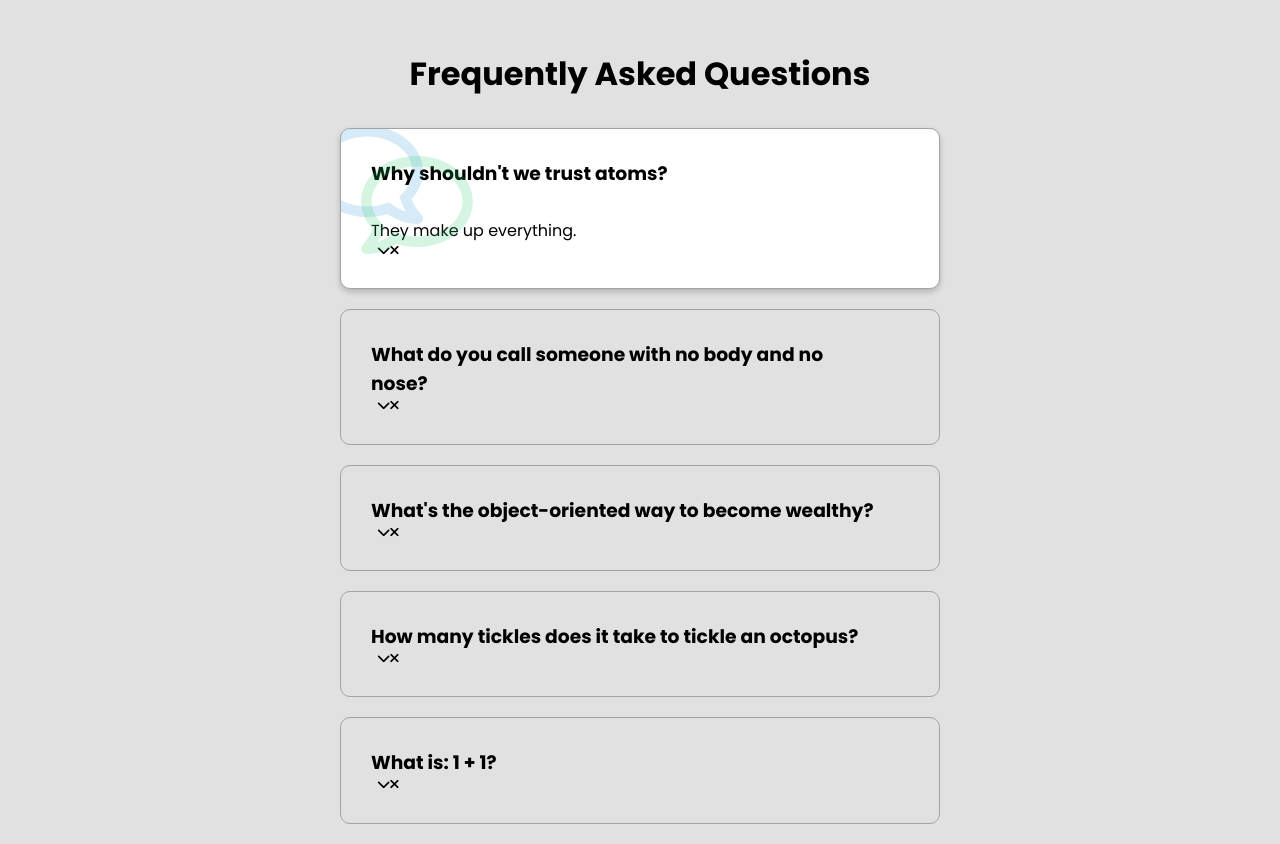
Repository: huynhvanngoan/50projectsin50days
Page: Day12/index.html
An editor plug-in stored every save of this project. The page is shown before and after a run of saves, followed by the edit.
The browser window is 1280 px wide. The pictures show the whole page.

Above is the page before, as saved 2022-11-14 23:19:03.

After the next 2 saves:
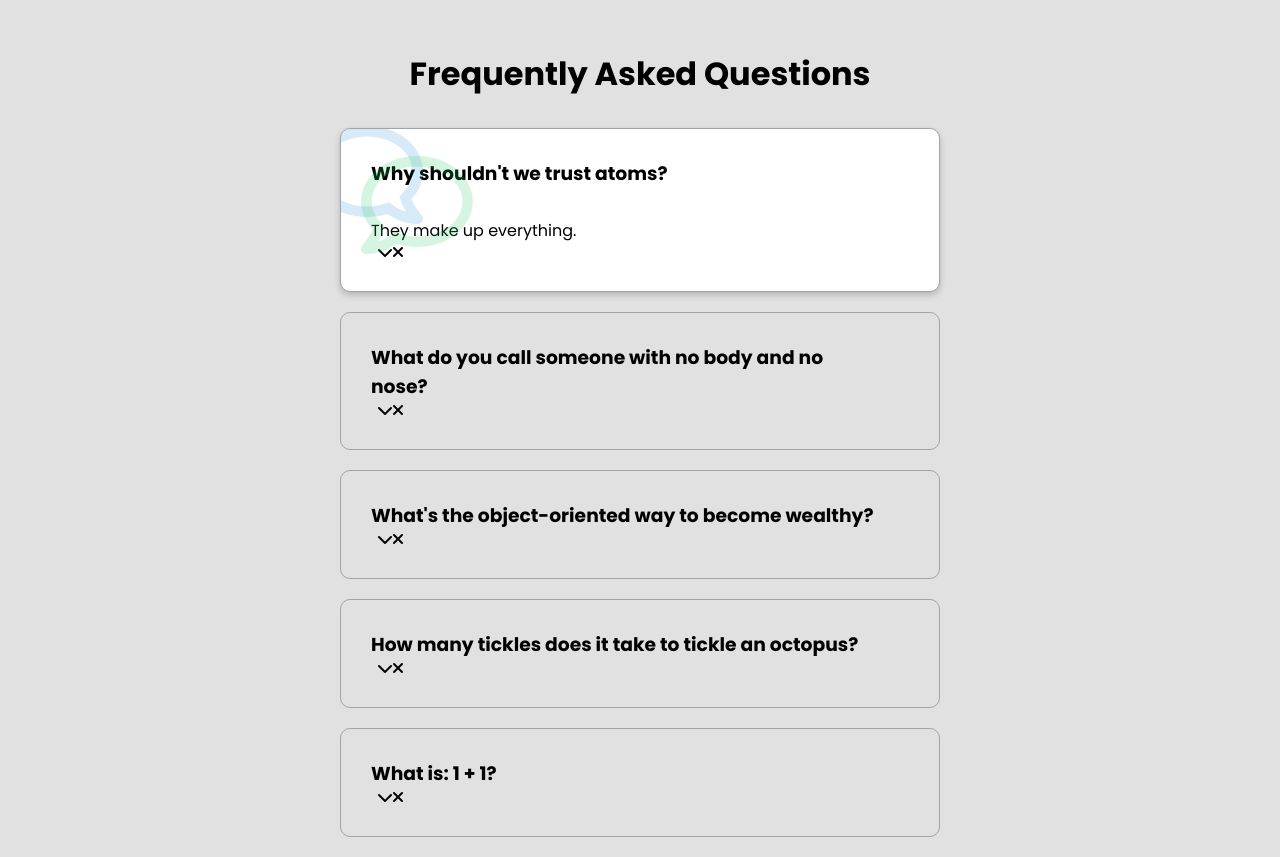
The 2 saves are shown as one change because they came seconds apart.
The last was saved 8 s later.
--- a/Day12/style.css
+++ b/Day12/style.css
@@ -66,4 +66,5 @@ h1{
     display: flex;
     align-items: center;
     justify-content: center;
+    font-size: 16px;
 }
